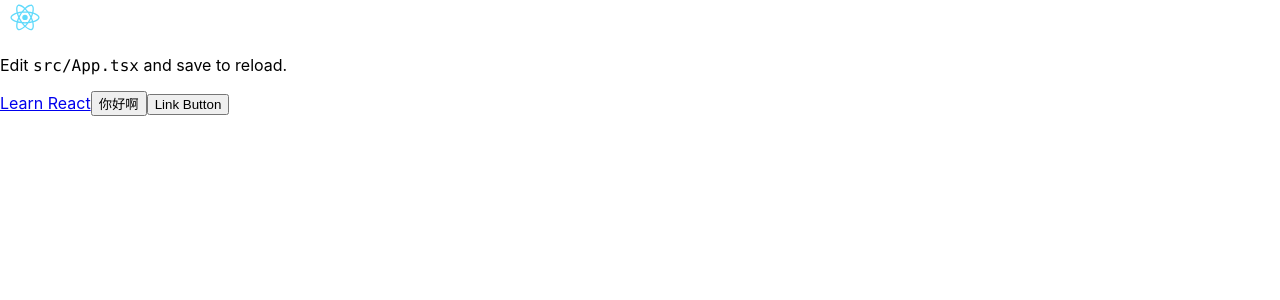
Repository: shawnxiao94/craco-react-ts
Page: /
An editor plug-in stored every save of this project. The page is shown before and after the next save, followed by the edit.
The browser window is 1280 px wide. The pictures show the whole page.
The project was rebuilt for these pictures with package versions that can differ from the ones it lists, and the page was loaded fresh each time. Also part of the build but not shown: craco.config.js.

Above is the page before, as saved 2020-12-04 13:39:47.

### src/index.tsx
import React from 'react'
import ReactDOM from 'react-dom'
import './index.less'
import App from './App'
import * as serviceWorker from './serviceWorker'
import reportWebVitals from './reportWebVitals'

ReactDOM.render(
  <React.StrictMode>
    <App />
  </React.StrictMode>,
  document.getElementById('root')
)

// If you want to start measuring performance in your app, pass a function
// to log results (for example: reportWebVitals(console.log))
// or send to an analytics endpoint. Learn more: https://bit.ly/CRA-vitals
reportWebVitals()

// If you want your app to work offline and load faster, you can change
// unregister() to register() below. Note this comes with some pitfalls.
// Learn more about service workers: https://bit.ly/CRA-PWA
serviceWorker.unregister()

### src/App.tsx
import React from 'react'
import logo from '@/logo.svg'
import { Button } from 'antd'

function App() {
  return (
    <div className="App">
      <header className="App-header">
        <img src={logo} width={50} className="App-logo" alt="logo" />
        <p>
          Edit <code>src/App.tsx</code> and save to reload.
        </p>
        <a
          className="App-link"
          href="https://reactjs.org"
          target="_blank"
          rel="noopener noreferrer"
        >
          Learn React
        </a>
        <Button type="primary">你好啊</Button>
        <Button type="link">Link Button</Button>
      </header>
    </div>
  )
}

export default App

Loaded but not shown: public/index.html (common file); src/index.less (common file); src/serviceWorker.js (common file); src/reportWebVitals.ts (common file)

After the next save:
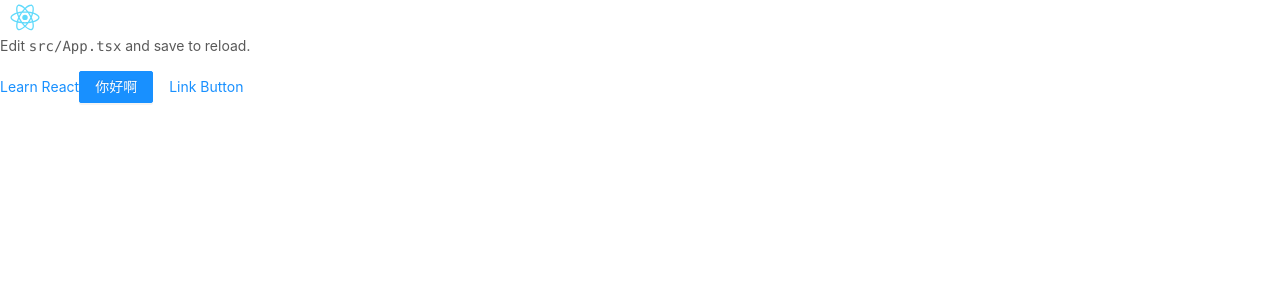
Saved 8 s later.
--- a/src/index.tsx
+++ b/src/index.tsx
@@ -1,5 +1,6 @@
 import React from 'react'
 import ReactDOM from 'react-dom'
+import '~antd/dist/antd.less'
 import './index.less'
 import App from './App'
 import * as serviceWorker from './serviceWorker'

After the save that followed:
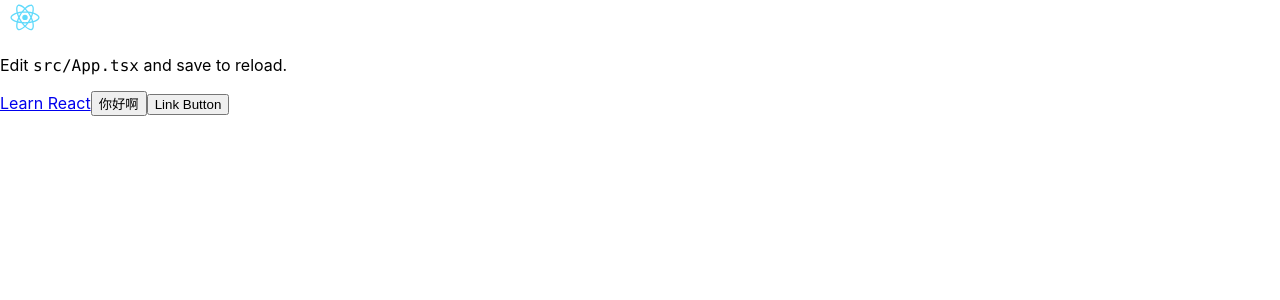
Saved 13 s later.
--- a/src/index.tsx
+++ b/src/index.tsx
@@ -1,6 +1,6 @@
 import React from 'react'
 import ReactDOM from 'react-dom'
-import '~antd/dist/antd.less'
+import '~antd/dist/antd.cess'
 import './index.less'
 import App from './App'
 import * as serviceWorker from './serviceWorker'
